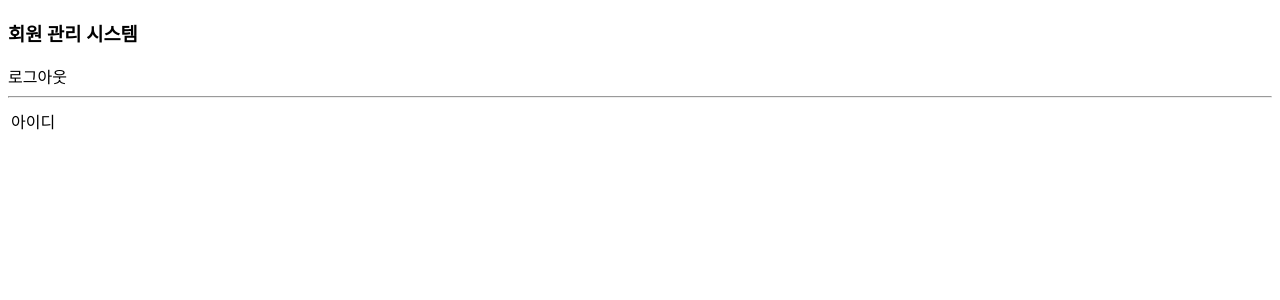
Repository: yangchunsick/JSPstudy
Page: http://localhost/ServerProgram/views/Detail.jsp
An editor plug-in stored every save of this project. The page is shown before and after a run of saves, followed by the edit.
The browser window is 1280 px wide. The pictures show the whole page.
The page is served by Tomcat 9.

Above is the page before, as saved 2021-11-16 08:12:14.

After the next 2 saves:
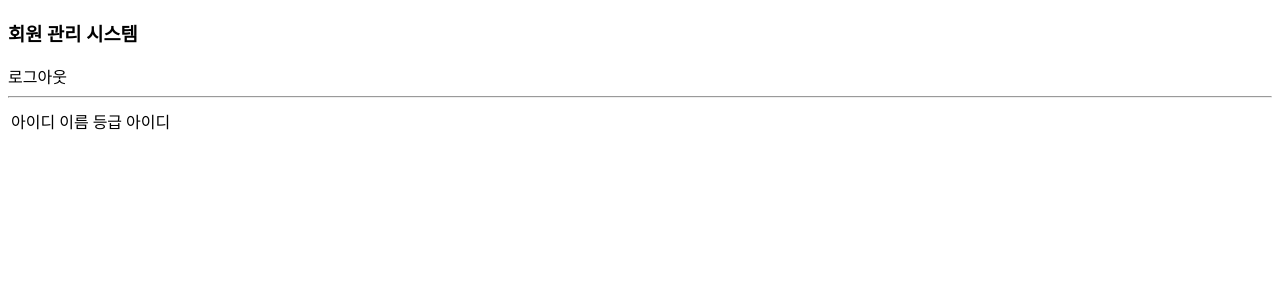
The 2 saves are shown as one change because they came seconds apart.
The last was saved 11 s later.
--- a/worksapce/ServerProgram/WebContent/views/Detail.jsp
+++ b/worksapce/ServerProgram/WebContent/views/Detail.jsp
@@ -15,6 +15,9 @@
 	<thead>
 		<tr>
 			<td>아이디</td>
+			<td>이름</td>
+			<td>등급</td>
+			<td>아이디</td>
 		</tr>
 	</thead>
 </table>
